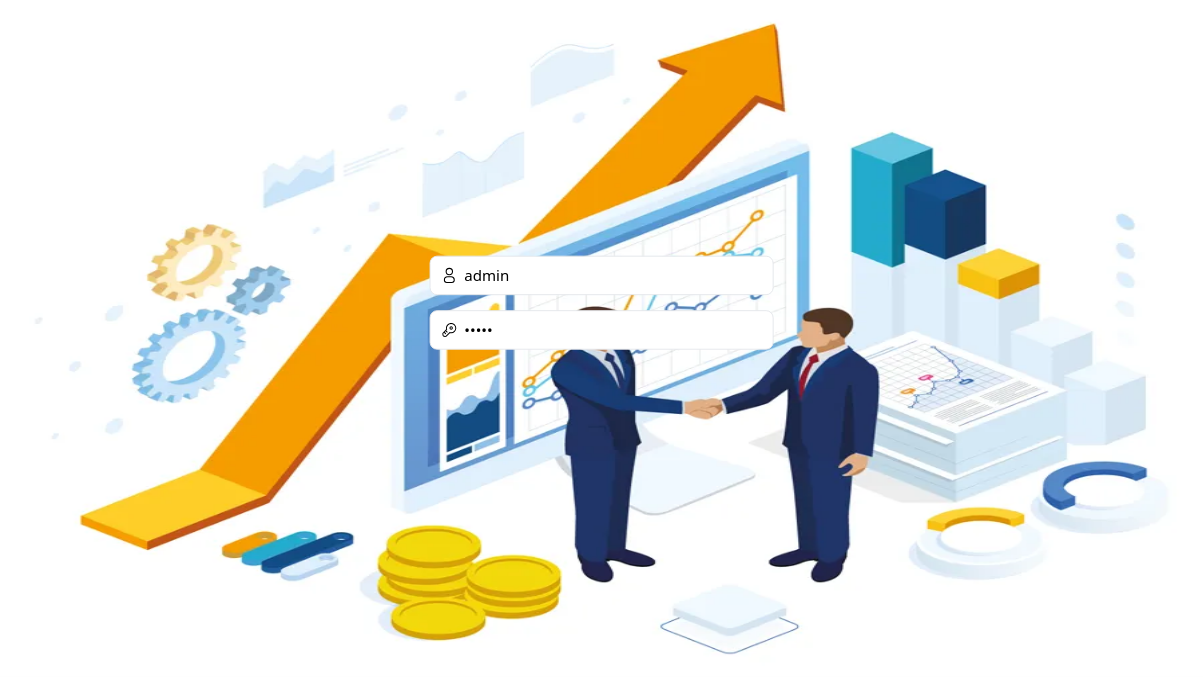
Repository: Fortivera/yourestate
Page: /
The author's editor kept a copy of each file at every save. The page is drawn from the files as they stood at one save, then again after a run of saves.
The browser window is 1280 px wide. The pictures show the whole page, at 94% of full size.
The project was rebuilt for these pictures with package versions that can differ from the ones it lists, and the page was loaded fresh each time. The framework's server and built-in components were replaced by stand-ins that run in the browser. Also part of the build but not shown: next.config.js.

Above is the page before, as saved 2023-11-02 11:19:11.

### src/app/layout.tsx
import './globals.css'



export const metadata = {
  title: 'Home',
  description: "great explanation of something",
}

export default function RootLayout({ children }: { children: React.ReactNode }) {
  return (
    <html lang="en">
      <body>
        {children}
      </body>
    </html>
  );
}

### src/app/page.tsx
import Link from "next/link"
import Image from "next/image"
import SvgNewUser from "public/static/SvgNewUser"
import SvgPassword from "public/static/SvgPassword"

export default function Login() {
  return (
    <div className="min-h-screen bg-gray-50 flex items-center justify-center">
      <div className="flex justify-center w-full px-4 py-10 tablet:w-[540px] laptop:w-[1000px]">
        <div className="flex laptop:flex-row tablet:flex-col mobile:flex-col">
          <figure className="max-w-[400px]  ">
            <Image src="/static/growth.jpg" alt="login page picture" fill sizes="(max-width: 100px)  ,  90px, 80px" />
          </figure>
          <div className="w-[400px] px-4 pb-8 pt-2 bg-white border rounded-lg shadow-md">
            <h1 className="text-2xl font-semibold text-center mb-4">Login</h1>

            <div className="mb-4 relative">
              <label className="text-sm" htmlFor="Name">
                <SvgNewUser width={18} height={18} className={"absolute left-3 top-3"} />
              </label>
              <input defaultValue="admin" id="Name" type="text" name="Name" placeholder="Username" autoComplete="given-name" required className="block w-full border rounded-lg py-2 pl-9 mt-1 focus:ring focus:ring-blue-300" />
            </div>

            <div className="mb-4 relative">
              <label className="text-sm" htmlFor="Password">
                <SvgPassword width={18} height={18} className={"absolute left-3 top-3"} />
              </label>
              <input defaultValue="admin" id="Password" type="password" name="Password" placeholder="Password" required className="block w-full border rounded-lg py-2 pl-9 mt-1 focus:ring focus:ring-blue-300" />
            </div>

            <button type="button" aria-label="Sign-in button" className="bg-[#5392f7] text-white rounded-lg w-full py-2 mb-4 hover:bg-[#3b83f6]">
              <Link href="/dashboard">Login</Link>
            </button>
            <div className="flex text-sm justify-center">
              <div className="p-1">Don't have an account?</div>
              <Link href="/user" className="text-blue-500 hover:underline p-1">
                Sign up
              </Link>
            </div>
          </div>
        </div>
      </div>
    </div>
  )
}

### src/app/globals.css

@import url('https://fonts.googleapis.com/css2?family=Lora:ital,wght@0,400;0,500;0,600;1,400;1,500;1,600&family=Montserrat:ital,wght@0,300;0,400;0,500;0,600;1,300;1,400;1,500;1,600&family=Poppins:ital,wght@0,300;0,400;0,500;0,600;0,700;0,800;0,900;1,300;1,400;1,500;1,600;1,700;1,800;1,900&family=Noto+Sans:ital,wght@0,300;0,400;0,500;0,600;0,700;0,800;0,900;1,300;1,400;1,500;1,600;1,700;1,800;1,900&display=swap');

@tailwind base;
@tailwind components;
@tailwind utilities;

.navbarDark{
  background-color:rgb(45 48 56 );
  color: #ddd;
}
.navbarLight {
  background-color: rgb(59 130 246 / 0.5);
  color: black;
}
.propertyListLight {
  background-color: rgb(249 250 251);
  color: black;
  border-color: rgb(229 231 235);
  }
.propertyListDark {
  background-color:rgb(45 48 56 / 0.95);
  color: #ddd;

}
.searchbarLight {
  background-color: rgb(248 250 252);
  color: black;

}
.searchbarDark {
  background-color:rgb(100 116 139 / 0.6);
  color: #ddd;
}
.propertyLight {
  background-color: rgb(249 250 251);
  color: black;

}
.propertyDark {
  background-color:rgb(45 48 56 / 0.95);
  color: #ddd;
}

### public/static/SvgNewUser.tsx
import * as React from "react"
import { SVGProps } from "react"
const SvgNewUser = (props: SVGProps<SVGSVGElement>) => (
  <svg
    xmlns="http://www.w3.org/2000/svg"
    width={800}
    height={800}
    fill="none"
    viewBox="0 0 24 24"
    {...props}
  >
    <g fill="#000" fillRule="evenodd" clipRule="evenodd">
      <path d="M12 2.75a3.75 3.75 0 1 0 0 7.5 3.75 3.75 0 0 0 0-7.5ZM6.75 6.5a5.25 5.25 0 1 1 10.5 0 5.25 5.25 0 0 1-10.5 0ZM4.25 18.571a5.321 5.321 0 0 1 5.321-5.321h4.858a5.321 5.321 0 0 1 5.321 5.321 4.179 4.179 0 0 1-4.179 4.179H8.43a4.179 4.179 0 0 1-4.179-4.179Zm5.321-3.821a3.821 3.821 0 0 0-3.821 3.821c0 1.48 1.2 2.679 2.679 2.679h7.142c1.48 0 2.679-1.2 2.679-2.679 0-2.11-1.71-3.821-3.821-3.821H9.57Z" />
    </g>
  </svg>
)
export default SvgNewUser

### public/static/SvgPassword.tsx
import * as React from "react"
import { SVGProps } from "react"
const SvgPassword = (props: SVGProps<SVGSVGElement>) => (
    <svg
        xmlns="http://www.w3.org/2000/svg"
        width={800}
        height={800}
        fill="none"
        viewBox="0 0 24 24"
        {...props}
    >
        <g fill="#000" fillRule="evenodd" clipRule="evenodd">
            <path d="M4.51 14.999a.689.689 0 0 1 .975 0l1.75 1.749a.689.689 0 0 1-.975.974l-1.75-1.75a.689.689 0 0 1 0-.973ZM6.698 12.812a.689.689 0 0 1 .974 0l1.749 1.75a.689.689 0 0 1-.974.974l-1.75-1.75a.689.689 0 0 1 0-.974Z" />
            <path d="M18.752 5.232c-2.32-2.313-6.075-2.312-8.386 0h-.001c-1.612 1.604-2.1 3.915-1.472 5.958.075.243.009.509-.172.69L3.74 16.86a.975.975 0 0 0-.184.341.912.912 0 0 0-.055.38l.001.006.262 1.901a.912.912 0 0 0 .262.474.857.857 0 0 0 .462.256l1.913.263c.08.012.223.003.385-.05a.838.838 0 0 0 .324-.177l.008-.007 4.995-4.986a.688.688 0 0 1 .692-.17c2.028.634 4.34.14 5.956-1.466a5.94 5.94 0 0 0-.009-8.393Zm-9.36-.975c2.85-2.85 7.475-2.848 10.332 0 2.86 2.849 2.86 7.493.01 10.342l-.001.002A7.316 7.316 0 0 1 12.8 16.52l-4.707 4.698a2.19 2.19 0 0 1-.883.523c-.309.1-.668.152-1.006.104h-.003L4.3 21.582c-.491-.069-.928-.326-1.25-.65a2.279 2.279 0 0 1-.649-1.24l-.001-.01-.262-1.902v-.003a2.26 2.26 0 0 1 .111-1.012c.102-.305.27-.625.505-.868l.007-.007 4.703-4.702c-.591-2.404.043-5.056 1.928-6.932Z" />
            <path d="M14.62 8.302a1.06 1.06 0 1 0 0 2.121 1.06 1.06 0 0 0 0-2.121Zm-2.438 1.06a2.438 2.438 0 1 1 4.876 0 2.438 2.438 0 0 1-4.877 0Z" />
        </g>
    </svg>
)
export default SvgPassword

### tailwind.config.js
/* eslint-disable prettier/prettier */
/** @type {import('tailwindcss').Config} */
module.exports = {
  content: [
    "./app/**/*.{js,ts,jsx,tsx}",
    "./pages/**/*.{js,ts,jsx,tsx}",
    "./components/**/*.{js,ts,jsx,tsx}",

    // Or if using `src` directory:
    "./src/**/*.{js,ts,jsx,tsx}",
  ],
  theme: {
    extend: {
      fontFamily: {
        Poppins: ["Poppins", "sans-serif"],
        Montserrat: ["Montserrat", "sans-serif"],
        Lora: ["Lora", "sans-serif"],
        Noto: ["Noto Sans", "sans-serif"],
      },
      screens: {
        'mobile': "320px",
        'tablet': "481px",
        'laptop': "769px",
       ' desktop': "1025px",
      },


    },
    plugins: [],
  },
}

After the next 2 saves:
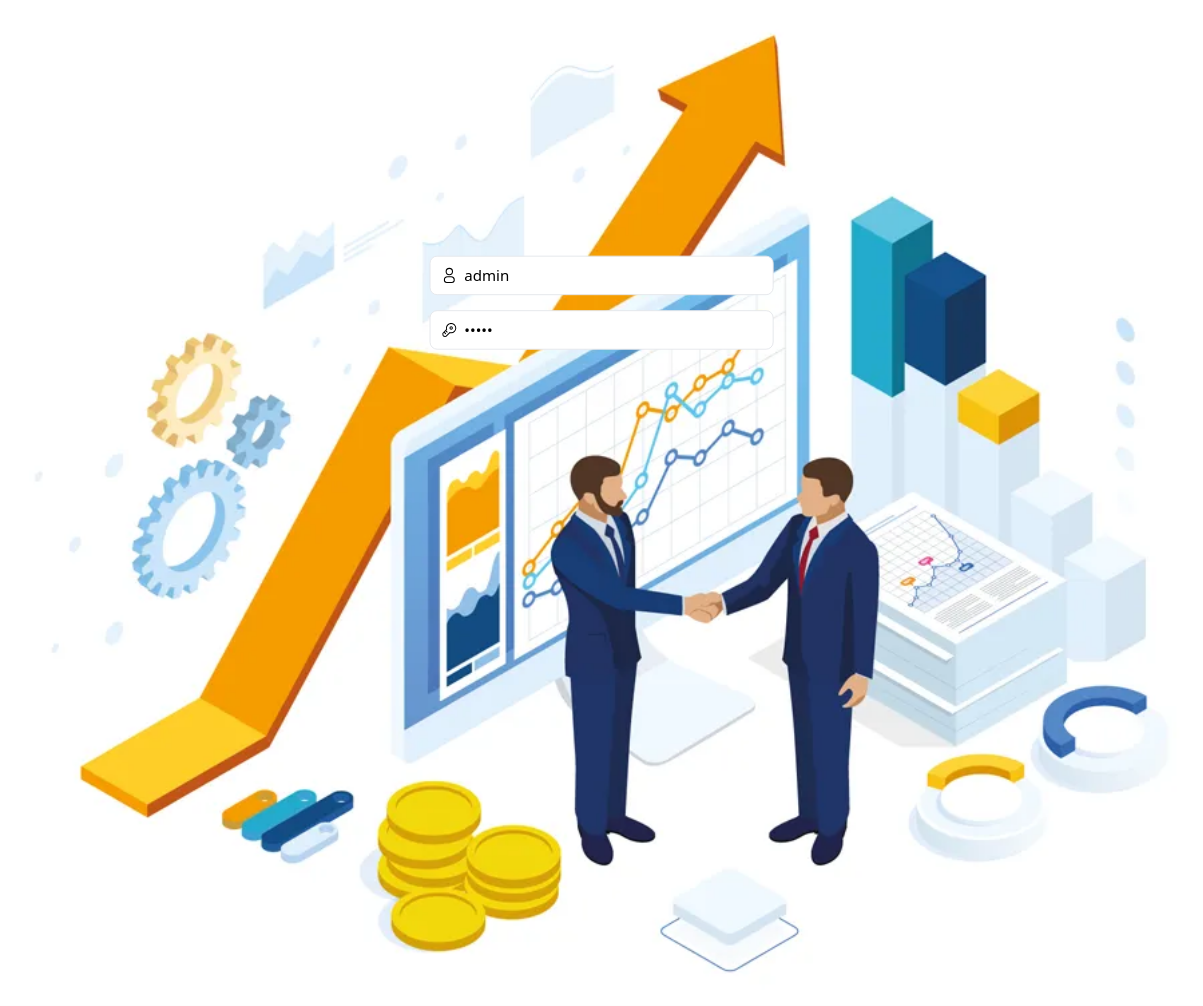
The 2 saves are shown as one change because 1 did not build or start.
The last was saved 31 s later.
--- a/src/app/page.tsx
+++ b/src/app/page.tsx
@@ -9,7 +9,7 @@ export default function Login() {
       <div className="flex justify-center w-full px-4 py-10 tablet:w-[540px] laptop:w-[1000px]">
         <div className="flex laptop:flex-row tablet:flex-col mobile:flex-col">
           <figure className="max-w-[400px]  ">
-            <Image src="/static/growth.jpg" alt="login page picture" fill sizes="(max-width: 100px)  ,  90px, 80px" />
+            <Image src="/static/growth.jpg" alt="login page picture" layout="responsive" fill sizes="(max-width: 768px) 100vw, (max-width: 1200px) 50vw, 33vw" />
           </figure>
           <div className="w-[400px] px-4 pb-8 pt-2 bg-white border rounded-lg shadow-md">
             <h1 className="text-2xl font-semibold text-center mb-4">Login</h1>
